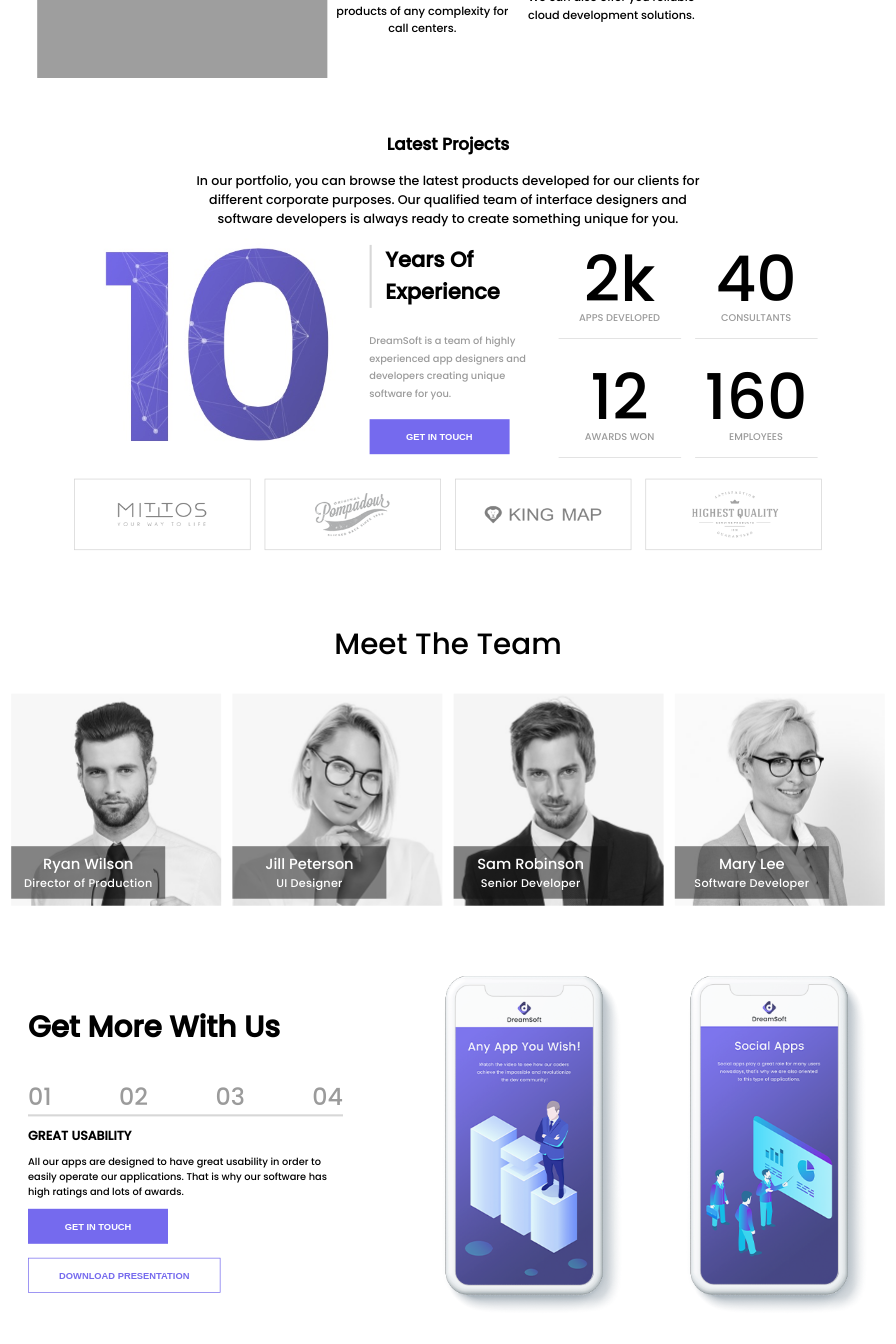
Repository: kkyler24/ladders-bootcamp-awesome
Page: index.html
An editor plug-in stored every save of this project. The page is shown before and after the next save, followed by the edit.
The browser window is 1280 px wide. The pictures show the part of the page from y = 1227 to 3147 px (the page is 5946 px tall before and 5973 px after), at 70% of full size.
Pictures or frames that could not be fetched are drawn as grey boxes.

Above is the page before, as saved 2021-03-19 16:13:40.

After the next save:
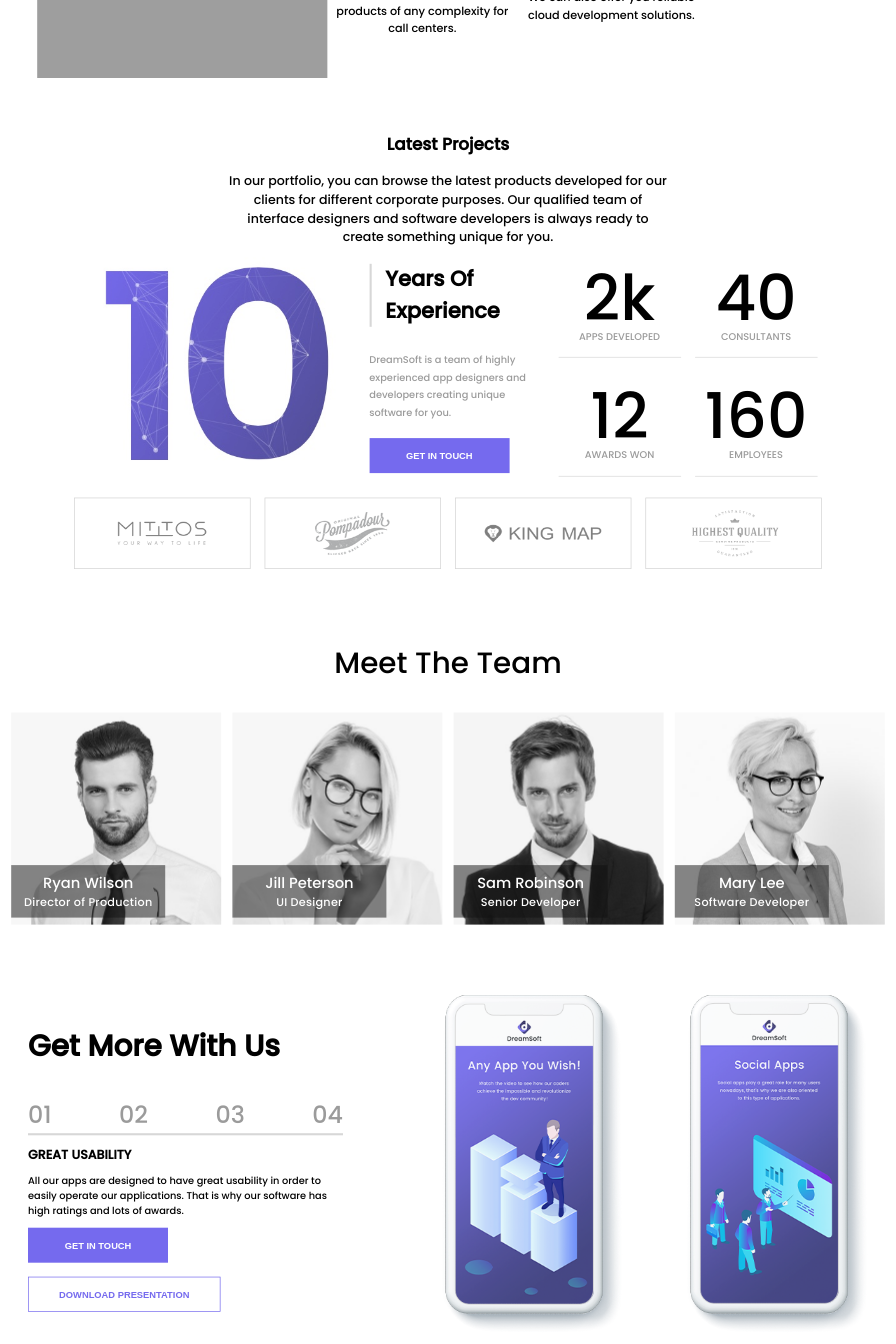
Saved 24 s later.
--- a/kstyle.css
+++ b/kstyle.css
@@ -97,5 +97,5 @@ ul.li.a {
 
 #latestPara{
  font-size: 18px;
- margin: auto 20% auto 20%;
+ margin: auto 25% auto 25%;
 }
